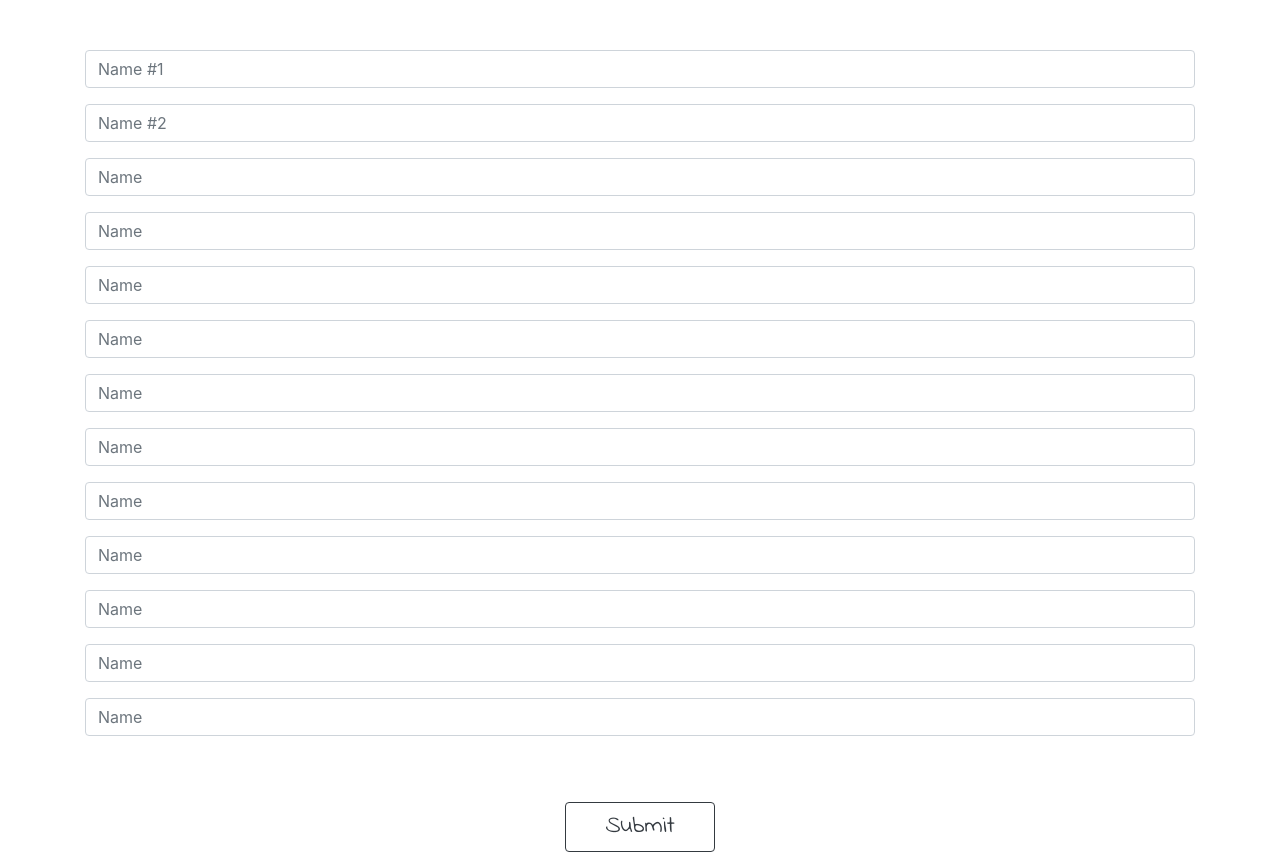
Repository: TaylorD1982/randomizer
Page: submit.html
The author's editor kept a record of every edit. The page is drawn from the files as they stood at one moment, then again after the next edit.
The browser window is 1280 px wide. The pictures show the whole page.
Some web fonts or font styles are not loaded; a fallback is used. Some web libraries are served in a nearby version.

Above is the page before.

After the next edit:
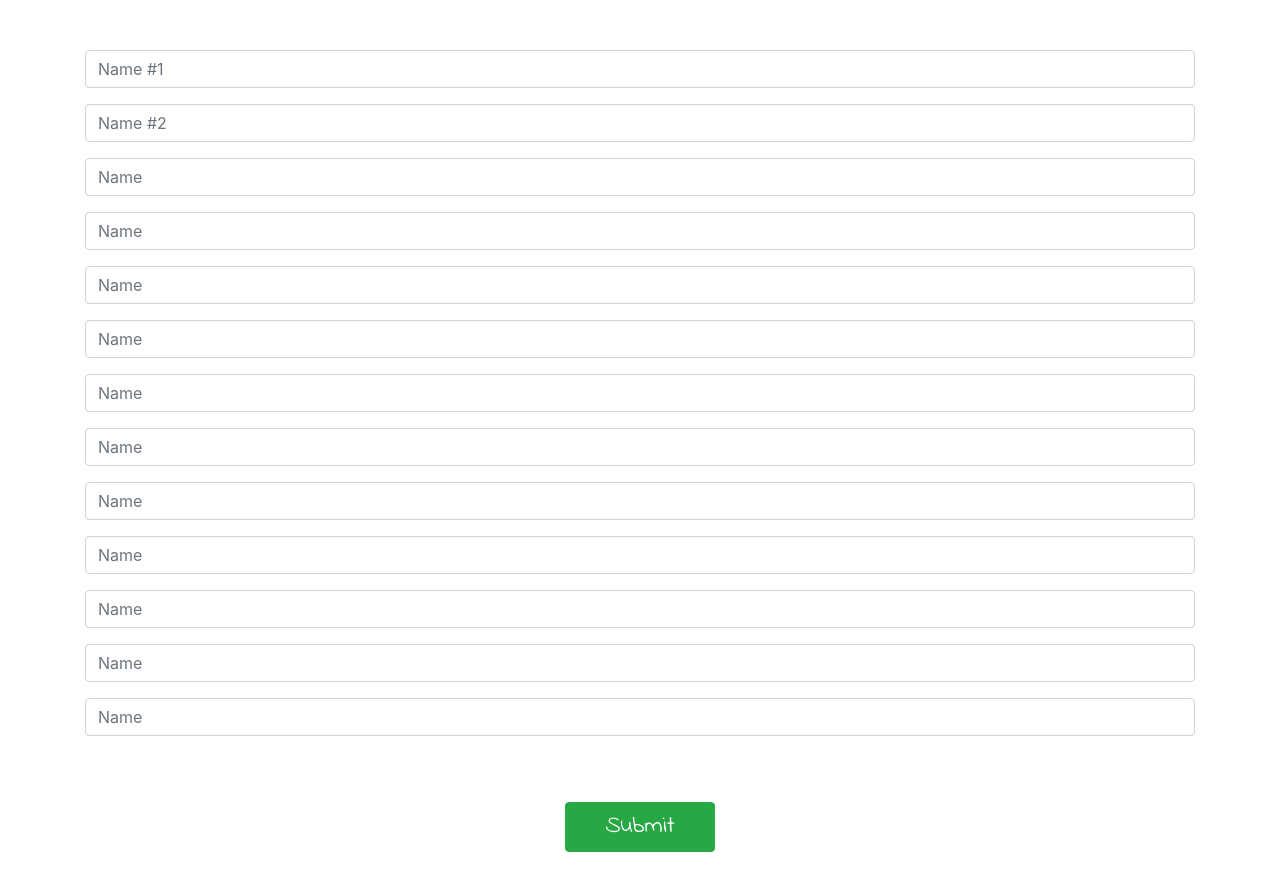
The edit:
--- a/submit.html
+++ b/submit.html
@@ -57,7 +57,9 @@
                     <div class="form-group">
                         <input type="text" name="name" class="form-control" id="fullname" placeholder="Name" required/>
                     </div>
-                    <button type="submit" class="btn btn-outline-dark">Submit</button>
+                    <button type="submit" class="btn btn-success">Submit</button>
+                    <br>
+                    <br>
                 </form>
             </div>
         </div>
